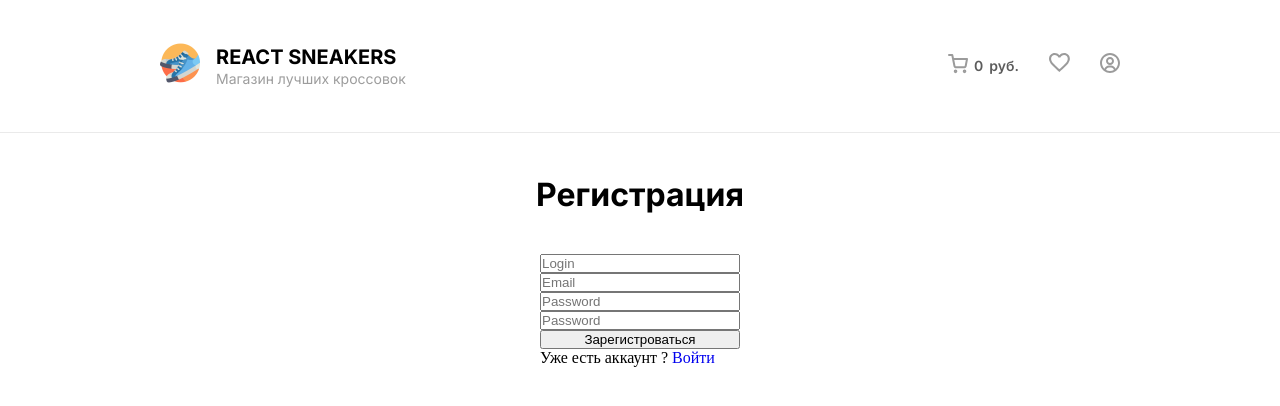
Repository: maxbirimkulov/sneakers20
Page: src/pages/register.html
An editor plug-in stored every save of this project. The page is shown before and after the next save, followed by the edit.
The browser window is 1280 px wide. The pictures show the whole page.
The style sheet was rebuilt from its Sass, Less or Tailwind sources for each picture, by a compiler version that may differ from the author's.

Above is the page before, as saved 2022-11-12 20:48:23.

After the next save:
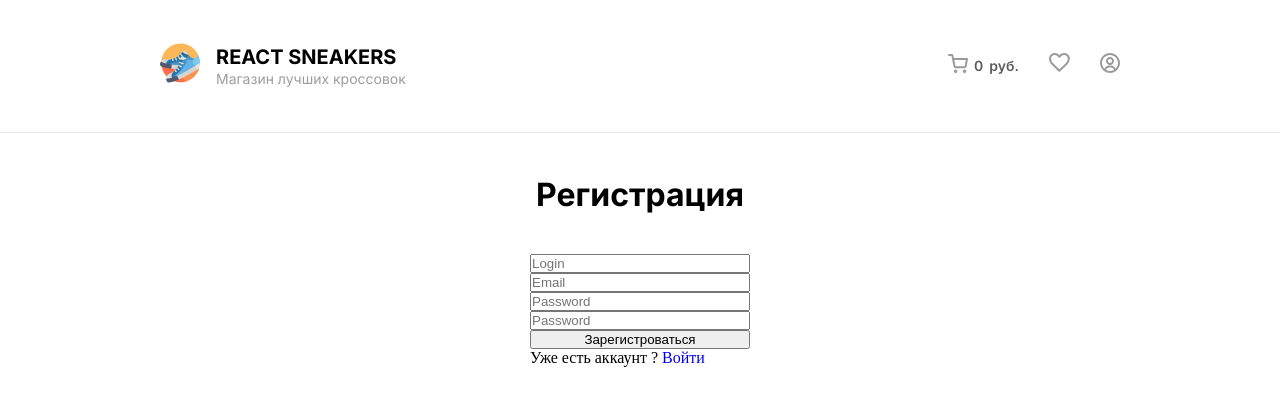
Saved 4 s later.
--- a/src/css/_register.scss
+++ b/src/css/_register.scss
@@ -9,6 +9,6 @@
     display: flex;
     flex-direction: column;
     justify-content: center;
-    max-width: 200px;
+    max-width: 220px;
   }
 }
